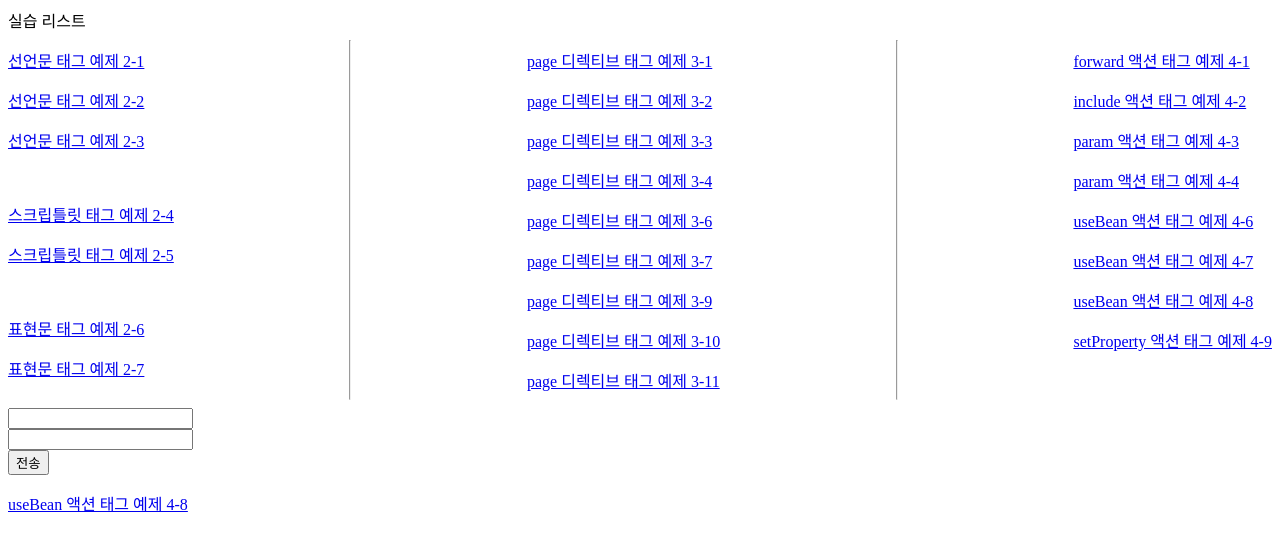
Repository: man332414/myJspStudy
Page: http://localhost/jspbook/
The author's editor kept a copy of each file at every save. The page is drawn from the files as they stood at one save, then again after the next save.
The browser window is 1280 px wide. The pictures show the whole page.
The page is served by Tomcat 10. Nobody is signed in. The application's start-up code is not run. Other server files are loaded and not shown.

Above is the page before, as saved 2024-10-10 07:37:25.

### jspbook/src/main/webapp/index.jsp
<%@ page language="java" contentType="text/html; charset=UTF-8"
    pageEncoding="UTF-8"%>
<!DOCTYPE html>
<html>
<head>
<meta charset="UTF-8">
<title>어서와 집이야</title>
</head>
<body>
	실습 리스트
	<div style = "display : flex; justify-content : left;">
		<div>
			<p><a href = "2_1"> 선언문 태그 예제 2-1</a></p>
			<p><a href = "2_2"> 선언문 태그 예제 2-2</a></p>
			<p><a href = "2_3"> 선언문 태그 예제 2-3</a></p>
			<br>
			<p><a href = "2_4"> 스크립틀릿 태그 예제 2-4</a></p>
			<p><a href = "2_5"> 스크립틀릿 태그 예제 2-5</a></p>
			<br>
			<p><a href = "2_6"> 표현문 태그 예제 2-6</a></p>
			<p><a href = "2_7"> 표현문 태그 예제 2-7</a></p>
		</div>
		<hr>
		<div>
			<p><a href = "3_1"> page 디렉티브 태그 예제 3-1</a></p>
			<p><a href = "3_2"> page 디렉티브 태그 예제 3-2</a></p>
			<p><a href = "3_3"> page 디렉티브 태그 예제 3-3</a></p>
			<p><a href = "3_4"> page 디렉티브 태그 예제 3-4</a></p>
			<p><a href = "3_6"> page 디렉티브 태그 예제 3-6</a></p>
			<p><a href = "3_7"> page 디렉티브 태그 예제 3-7</a></p>
			<p><a href = "3_9"> page 디렉티브 태그 예제 3-9</a></p>
			<p><a href = "3_10"> page 디렉티브 태그 예제 3-10</a></p>
			<p><a href = "3_11"> page 디렉티브 태그 예제 3-11</a></p>
		</div>
		<hr>
		<div>
			<p><a href = "4_1"> forward 액션 태그 예제 4-1</a></p>
			<p><a href = "4_2"> include 액션 태그 예제 4-2</a></p>
			<p><a href = "4_3"> param 액션 태그 예제 4-3</a>
			<p><a href = "4_4"> param 액션 태그 예제 4-4</a>
			<p><a href = "4_6"> useBean 액션 태그 예제 4-6</a></p>
			<p><a href = "4_7"> useBean 액션 태그 예제 4-7</a></p>
			<p><a href = "4_8"> useBean 액션 태그 예제 4-8</a></p>
			<p><a href = "4_9"> setProperty 액션 태그 예제 4-9</a></p>
		</div>
	</div>
	<form action = "4_0" method = "post">
		<input type = "text" name = "id" />
		<br>
		<input type = "text" name = "name" />
		<br>
		<input type = "submit" value = "전송"></input>
	</form>
	<%
		String id = "admin";
		String name = "송근형";
	%>
	<p><a href = "4_0?id=<%=id%>&name=${name}"> useBean 액션 태그 예제 4-8</a></p>

</body>
</html>

After the next save:
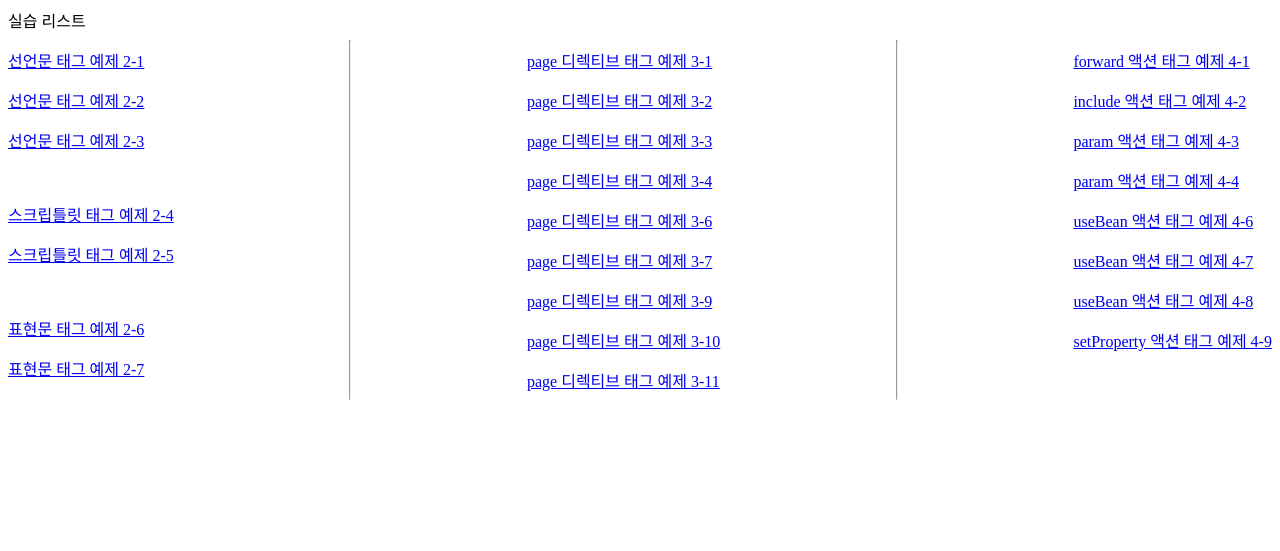
Saved 33 s later.
--- a/jspbook/src/main/webapp/index.jsp
+++ b/jspbook/src/main/webapp/index.jsp
@@ -44,7 +44,7 @@
 			<p><a href = "4_9"> setProperty 액션 태그 예제 4-9</a></p>
 		</div>
 	</div>
-	<form action = "4_0" method = "post">
+	<!-- <form action = "4_0" method = "post">
 		<input type = "text" name = "id" />
 		<br>
 		<input type = "text" name = "name" />
@@ -56,6 +56,6 @@
 		String name = "송근형";
 	%>
 	<p><a href = "4_0?id=<%=id%>&name=${name}"> useBean 액션 태그 예제 4-8</a></p>
-
+	 -->
 </body>
 </html>
